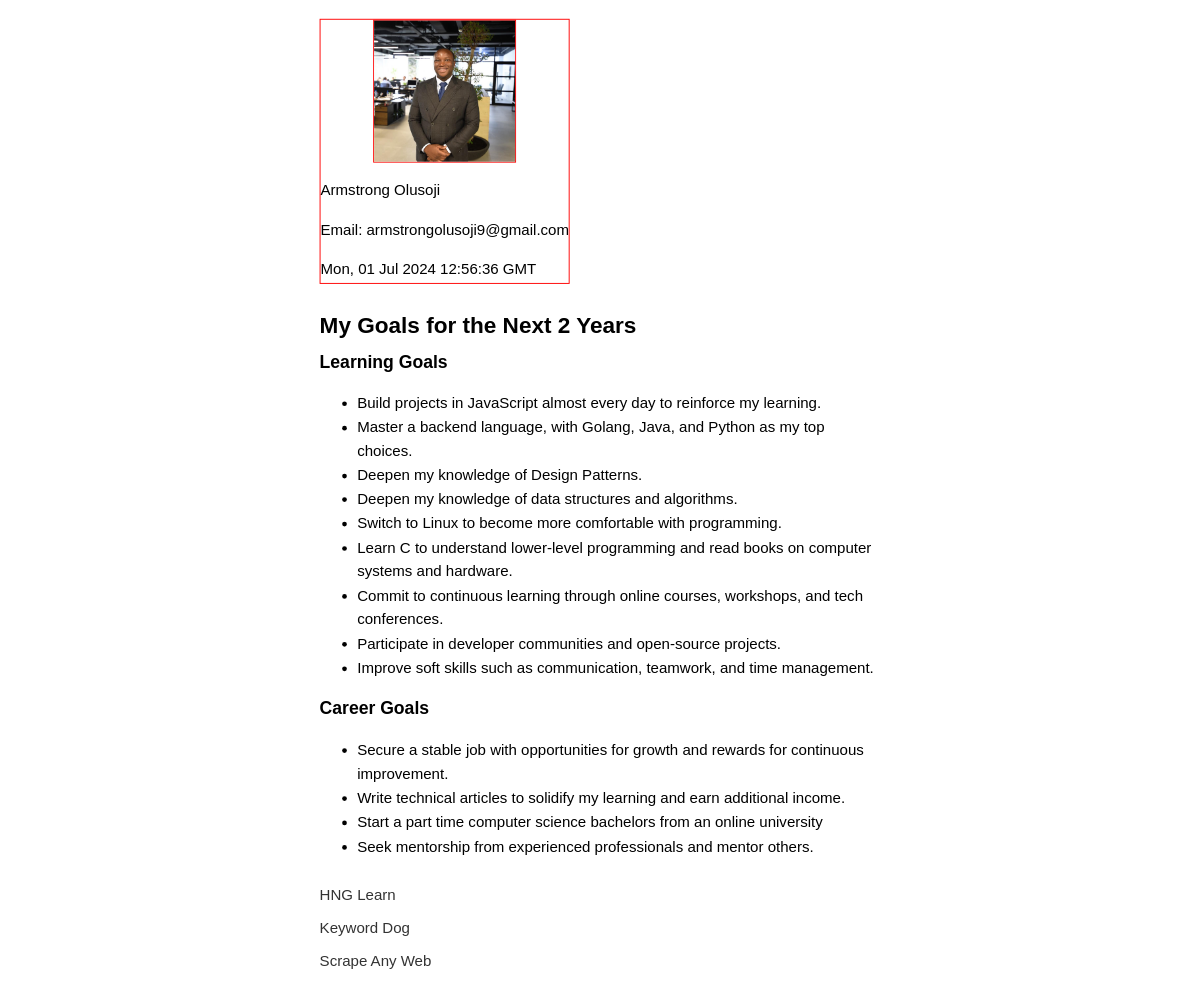
Repository: Armstrong2035/hng-project-one
Page: index.html
An editor plug-in stored every save of this project. The page is shown before and after the next save, followed by the edit.
The browser window is 1280 px wide. The pictures show the whole page, at 94% of full size.

Above is the page before, as saved 2024-07-01 16:22:50.

### index.html
<!DOCTYPE html>
<html>
  <head>
    <meta charset="utf-8" />
    <meta name="viewport" content="width=device-width" />
    <title>Armstrong Olusoji's Goals</title>
    <link href="style.css" rel="stylesheet" type="text/css" />
    <script src="script.js" defer></script>
  </head>
  <body>
    <div id="container">
      <div class="profile-card">
        <div class="profile-picture">
          <img
            src="Headshot.jpg"
            alt="Profile Picture"
            class="headshot"
            data-testid="slackProfilePicture"
          />
        </div>
        <div class="display-information">
          <p data-testid="slackDisplayName">Armstrong Olusoji</p>
          <p data-testid="slackEmail">Email: armstrongolusoji9@gmail.com</p>
          <p data-testid="currentTimeUTC" id="current-time">Loading...</p>
        </div>
      </div>

      <section id="my-goals">
        <h2>My Goals for the Next 2 Years</h2>
        <div class="learning-goals">
          <h3>Learning Goals</h3>
          <ul>
            <li>
              Build projects in JavaScript almost every day to reinforce my
              learning.
            </li>
            <li>
              Master a backend language, with Golang, Java, and Python as my top
              choices.
            </li>
            <li>Deepen my knowledge of Design Patterns.</li>
            <li>Deepen my knowledge of data structures and algorithms.</li>
            <li>
              Switch to Linux to become more comfortable with programming.
            </li>
            <li>
              Learn C to understand lower-level programming and read books on
              computer systems and hardware.
            </li>
            <li>
              Commit to continuous learning through online courses, workshops,
              and tech conferences.
            </li>
            <li>
              Participate in developer communities and open-source projects.
            </li>
            <li>
              Improve soft skills such as communication, teamwork, and time
              management.
            </li>
          </ul>
        </div>
        <div class="career-goals">
          <h3>Career Goals</h3>
          <ul>
            <li>
              Secure a stable job with opportunities for growth and rewards for
              continuous improvement.
            </li>
            <li>
              Write technical articles to solidify my learning and earn
              additional income.
            </li>
            <li>
              Start a part time computer science bachelors from an online
              university
            </li>
            <li>
              Seek mentorship from experienced professionals and mentor others.
            </li>
          </ul>
        </div>
      </section>

      <section>
        <a href="https://hng.tech/learn" data-testid="hngLink">HNG Learn</a>
        <a href="https://keyword.dog" data-testid="keywordLink">Keyword Dog</a>
        <a href="https://scrapeanyweb.site" data-testid="scrapeanywebLink"
          >Scrape Any Web</a
        >
      </section>
    </div>
  </body>
</html>

### style.css
body {
  font-family: Arial, sans-serif;
  line-height: 1.6;
  margin: 0;
  padding: 0;
}

#container {
  max-width: 800px;
  margin: 0 auto;
  padding: 20px;
  display: flex;
  flex-direction: column;
  align-items: flex-start;
}

.profile-card {
  text-align: left;
  margin-bottom: 20px;
  display: flex;
  flex-direction: column;
  align-items: flex-start;
  border: 1px solid red;
}

.profile-picture {
  height: 150px;
  width: 150px;
  margin: 0 auto;
  border: 1px solid red;
}

.profile-picture .headshot {
  height: 100%;
  width: 100%;
  object-fit: cover;
}

.display-information {
  display: flex;
  flex-direction: column;
  align-items: flex-start;
}

.display-information p {
  margin-bottom: 1px;
}

h2,
h3 {
  margin: 5px 0;
}

a {
  display: block;
  margin: 10px 0;
  color: #333;
  text-decoration: none;
}

a:hover {
  text-decoration: underline;
}

@media (min-width: 600px) {
  #container {
    max-width: 600px;
  }
}

### script.js
function updateTime() {
  const now = new Date();
  const utcTime = now.toUTCString();
  const day = now.toLocaleDateString("en-US", { weekday: "long" });
  document.getElementById("current-time").textContent = ` ${utcTime}`;
}

setInterval(updateTime, 1000);
updateTime();

After the next save:
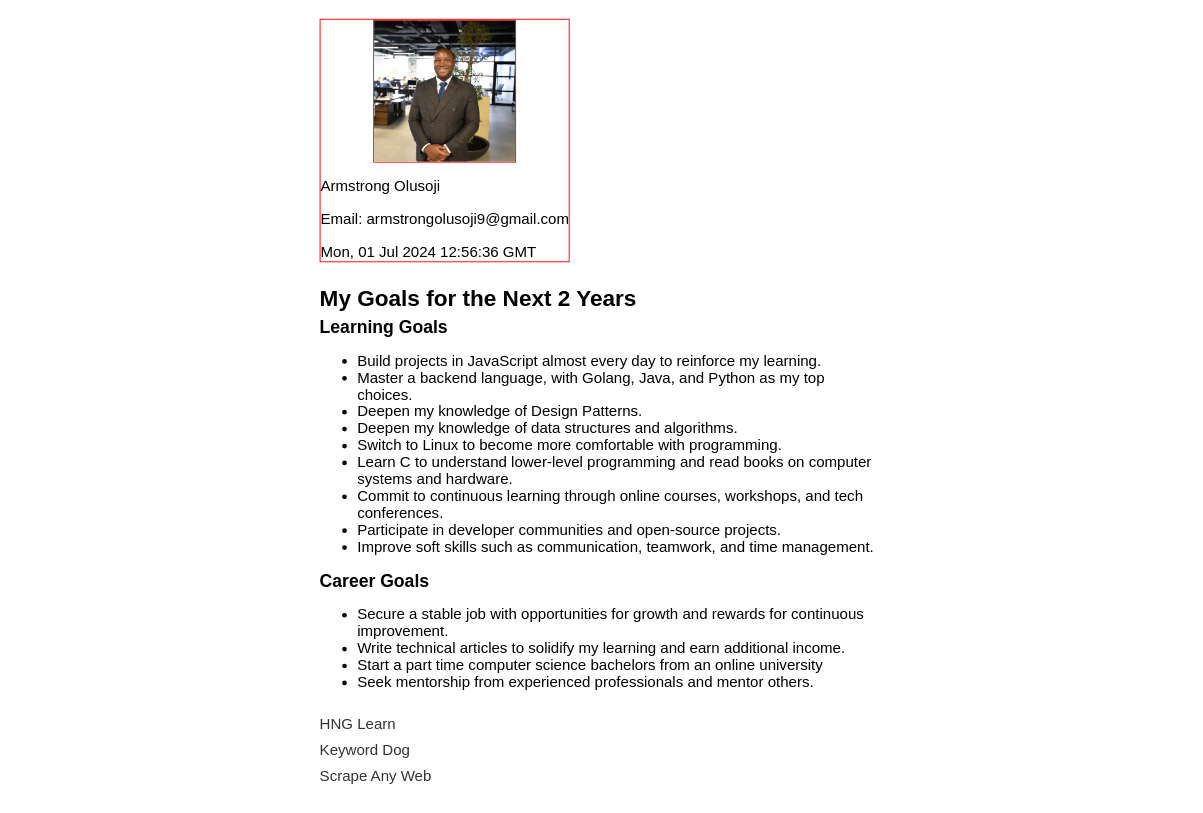
Saved 25 s later.
--- a/style.css
+++ b/style.css
@@ -1,6 +1,6 @@
 body {
   font-family: Arial, sans-serif;
-  line-height: 1.6;
+
   margin: 0;
   padding: 0;
 }
